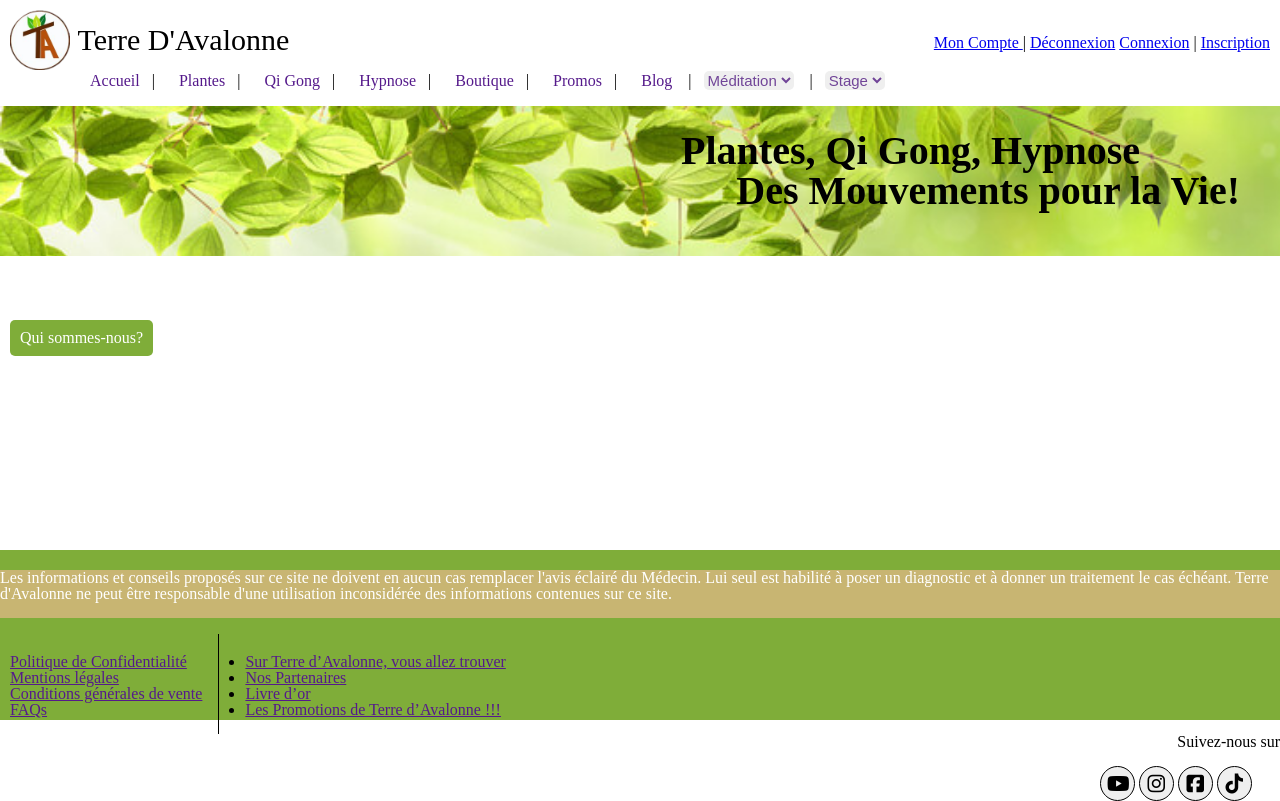
Repository: Michelhof1978/TerreDavalonne
Page: templates/base.html
These files come from the project's save history. The page is drawn as it stood at one moment and after a run of saves; the edit follows.
The browser window is 1280 px wide. The pictures show the whole page.
Some web fonts or font styles are not loaded; a fallback is used. Some web libraries are served in a nearby version.

Above is the page before, as saved 2022-05-04 16:07:13.

After the next 2 saves:
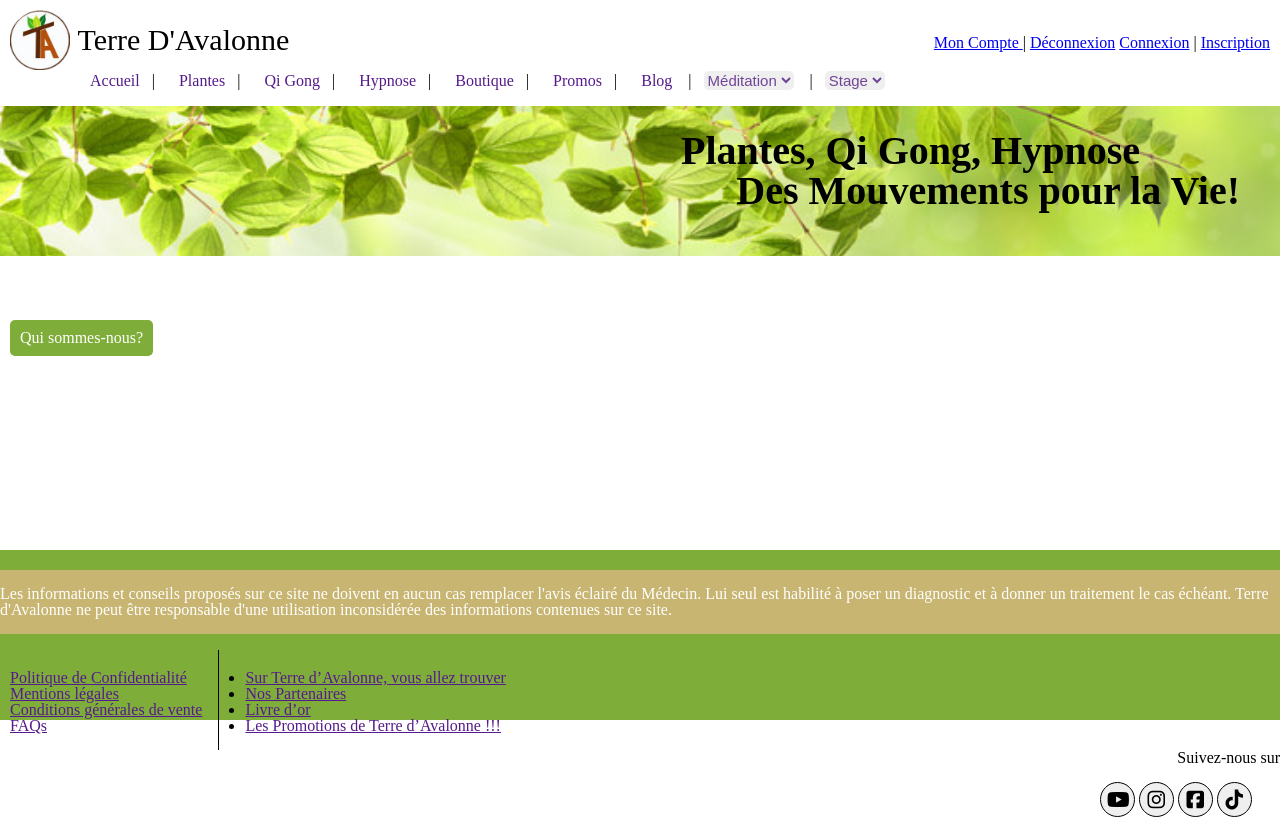
The 2 saves are shown as one change because they came seconds apart.
The last was saved 5 s later.
--- a/templates/base.html
+++ b/templates/base.html
@@ -281,7 +281,7 @@
     height: 3em;
     background-color: #C8B572 ;
     color: white;
-    padding-top: 0em;
+    padding-top: 1em;
   }
 
   .ulFooter {

After the 2 saves that followed:
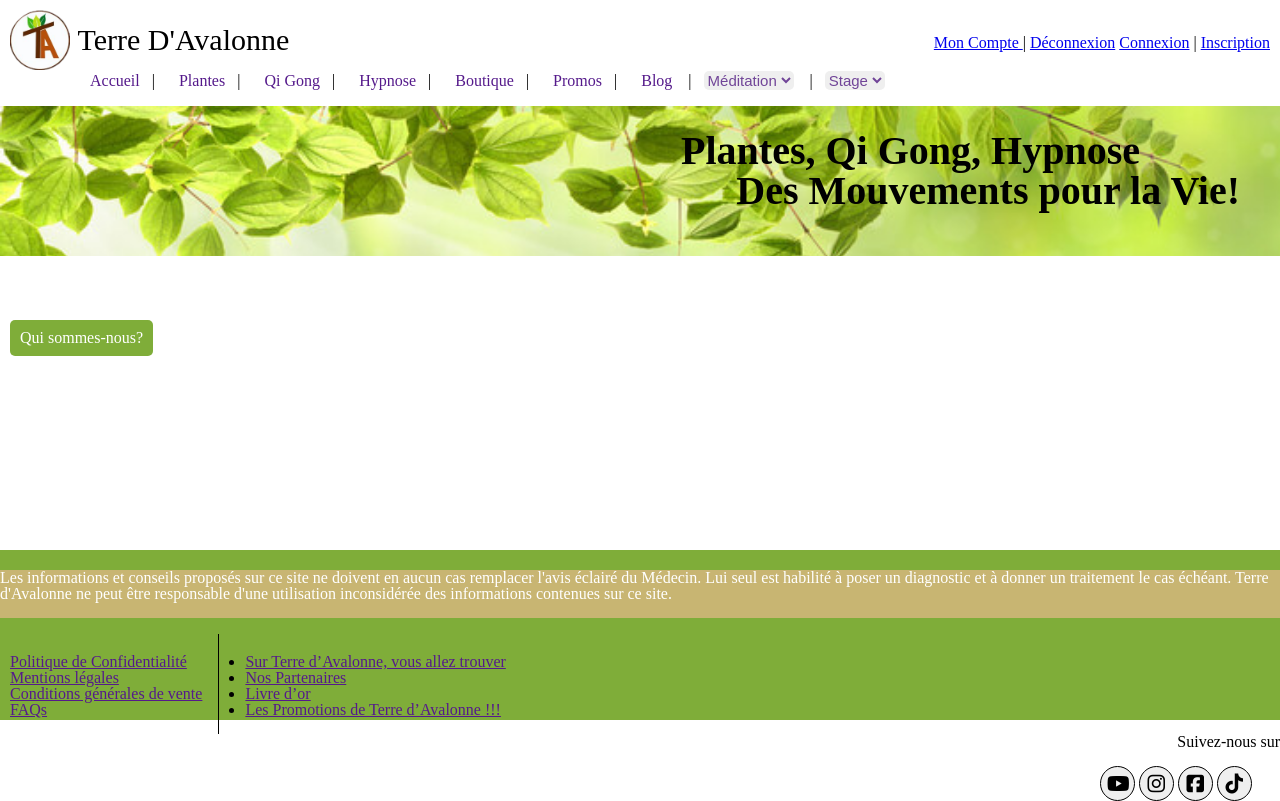
The 2 saves are shown as one change because they came seconds apart.
The last was saved 11 s later.
--- a/templates/base.html
+++ b/templates/base.html
@@ -281,7 +281,7 @@
     height: 3em;
     background-color: #C8B572 ;
     color: white;
-    padding-top: 1em;
+    padding-top: 0,5em;
   }
 
   .ulFooter {
